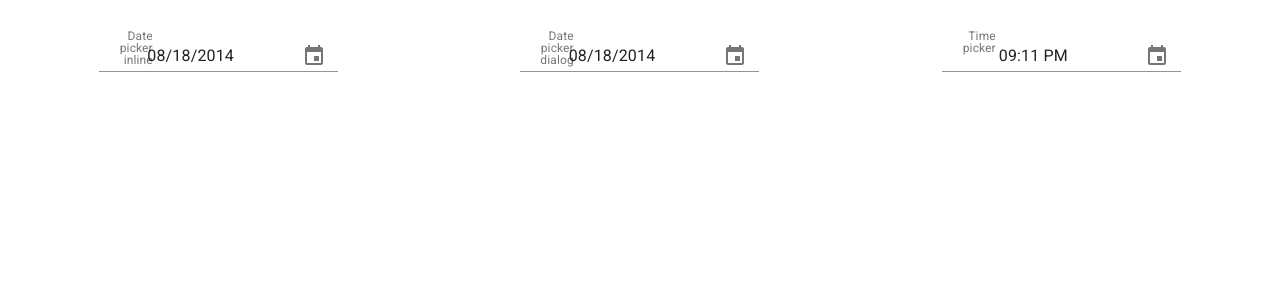
Repository: vsterev/tgs
Page: /admin/material (app in my-app/)
An editor plug-in stored every save of this project. The page is shown before and after the next save, followed by the edit.
The browser window is 1280 px wide. The pictures show the whole page.
The project was rebuilt for these pictures with package versions that can differ from the ones it lists, and the page was loaded fresh each time. Also part of the build but not shown: my-app/src/components/users/login/index.jsx, my-app/src/components/users/register/index.js, my-app/src/components/home.module.css, my-app/src/components/home.js, my-app/src/components/homeAuth/home.module.css, my-app/src/components/homeAuth/index.js, my-app/src/services/reps.js, my-app/src/components/reps/getAll/shared/hotels/index.jsx and 21 more.

Above is the page before, as saved 2021-01-13 12:45:25.

### my-app/public/index.html
<!DOCTYPE html>
<html lang="en">
  <head>
    <meta charset="utf-8" />
    <link rel="icon" href="%PUBLIC_URL%/favicon.ico" />
    <meta name="viewport" content="width=device-width, initial-scale=1" />
    <meta name="theme-color" content="#000000" />
    <meta name="description" content="Web site created using create-react-app" />
    <link rel="apple-touch-icon" href="%PUBLIC_URL%/logo192.png" />
    <!--
      manifest.json provides metadata used when your web app is installed on a
      user's mobile device or desktop. See https://developers.google.com/web/fundamentals/web-app-manifest/
    -->
    <link rel="manifest" href="%PUBLIC_URL%/manifest.json" />
    <!--
      Notice the use of %PUBLIC_URL% in the tags above.
      It will be replaced with the URL of the `public` folder during the build.
      Only files inside the `public` folder can be referenced from the HTML.

      Unlike "/favicon.ico" or "favicon.ico", "%PUBLIC_URL%/favicon.ico" will
      work correctly both with client-side routing and a non-root public URL.
      Learn how to configure a non-root public URL by running `npm run build`.
    -->
    <link rel="stylesheet" href="https://fonts.googleapis.com/css?family=Roboto:300,400,500,700&display=swap" />
    <link rel="stylesheet" href="https://fonts.googleapis.com/icon?family=Material+Icons" />
    <title>React App</title>
  </head>
  <body>
    <noscript>You need to enable JavaScript to run this app.</noscript>
    <div id="root"></div>
    <!--
      This HTML file is a template.
      If you open it directly in the browser, you will see an empty page.

      You can add webfonts, meta tags, or analytics to this file.
      The build step will place the bundled scripts into the <body> tag.

      To begin the development, run `npm start` or `yarn start`.
      To create a production bundle, use `npm run build` or `yarn build`.
    -->
  </body>
</html>

### my-app/src/index.js
import React from 'react';
import ReactDOM from 'react-dom';
// import './index.css';
import * as serviceWorker from './serviceWorker';
import Auth from './utils/auth';
import Navigation from './navigation.jsx';

ReactDOM.render(
  <React.StrictMode>
    {
      <Auth>
        <Navigation />
      </Auth>
    }
  </React.StrictMode>,
  document.getElementById('root')
);

// If you want your app to work offline and load faster, you can change
// unregister() to register() below. Note this comes with some pitfalls.
// Learn more about service workers: https://bit.ly/CRA-PWA
serviceWorker.unregister();

### my-app/src/utils/auth.js
import React, { useState, useEffect } from 'react';
import AuthContext from './context';
import userService from '../services/users';
import parseCookie from './parseCookie';

const Auth = (props) => {
  const [user, setUser] = useState({ user: null });
  const [loggedIn, setLoggedIn] = useState(null);

  const logIn = (user) => {
    setLoggedIn(true);
    setUser(user);
  };

  const logOut = () => {
    document.cookie = 'tgs-token= ; expires = Thu, 01 Jan 1970 00:00:00 GMT; path=/admin';
    setLoggedIn(false);
    setUser({ user: null });
  };

  useEffect(() => {
    const token = parseCookie('tgs-token');
    if (!token) {
      //da se dobawi dali e expired i ako e da se logoutne
      logOut();
      return;
    }
    userService
      .verify(token)
      .then((res) => {
        // console.log(res);
        if (res.status) {
          logIn(res.userData);
          return;
        }
        console.log('tuk e');
        logOut();
        // return;
      })
      .catch((err) => console.log(err));
  }, []);

  if (loggedIn === null) {
    return <div>Loading ...</div>;
  }
  return <AuthContext.Provider value={{ loggedIn, user, logIn, logOut }}>{props.children}</AuthContext.Provider>;
};

export default Auth;

### my-app/src/navigation.jsx
import React, { useContext } from 'react';
import { Switch, BrowserRouter, Route, Redirect } from 'react-router-dom';
import Auth from './utils/auth';
import Login from './components/users/login';
import Register from './components/users/register';
import Home from './components/home';
import HomeAuth from './components/homeAuth';
import AuthContext from './utils/context';
import Logout from './components/users/logout';
import RepsAll from './components/reps/getAll';
import RepAddHotel from './components/reps/add-hotel';
import RepAdd from './components/reps/add-rep';
import EditRep from './components/reps/edit-rep';
import DepartureByDate from './components/contacts/departureByDate';
import HomeContacts from './components/contacts/home/index.jsx';
import ErrorPage from './components/core/error-page';
import PopupMessage from './components/contacts/shared/popup-message';
import ArrivalByDate from './components/contacts/arrivalByDate';
import Material from './components/material';
const Navigation = () => {
  const { loggedIn } = useContext(AuthContext);
  return (
    <BrowserRouter>
      <Switch>
        {/* <AuthContext> */}
        <Route path="/" exact render={!loggedIn ? () => <Home /> : () => <HomeAuth />} />
        <Route path="/admin/login" render={!loggedIn ? () => <Login /> : () => <RepsAll />} />
        <Route path="/admin/reps/all" render={loggedIn ? () => <RepsAll /> : () => <Login />} />
        <Route path="/admin/reps/add-hotel/:repId" render={loggedIn ? () => <RepAddHotel /> : () => <Login />} />
        <Route path="/admin/reps/add-rep" render={loggedIn ? () => <RepAdd /> : () => <Login />} />
        <Route path="/admin/reps/edit-rep/:repId" component={EditRep} />
        <Route path="/admin/material" component={Material} />
        <Route
          path="/admin/bulk-sms/message-info/:messageId"
          render={loggedIn ? () => <PopupMessage /> : () => <Login />}
        />
        <Route path="/admin/register" component={Register} />
        <Route path="/admin/logout" component={Logout} />
        <Route path="/admin" exact render={!loggedIn ? () => <Home /> : () => <HomeAuth />} />
        <Route path="/admin/transfer/departure/:date" component={DepartureByDate} />
        <Route path="/admin/contacts/home/" render={loggedIn ? () => <HomeContacts /> : () => <Login />} />
        <Route path="/admin/contacts/departure/" render={loggedIn ? () => <HomeContacts /> : () => <Login />} />
        <Route path="/admin/contacts/arrival" render={loggedIn ? () => <ArrivalByDate /> : () => <Login />} />
        <Route path="*" render={() => <ErrorPage msg="Page not Found - 404" />} />

        {/* </AuthContext> */}
      </Switch>
    </BrowserRouter>
  );
};
export default Navigation;

### my-app/src/utils/context.jsx
import React from 'react'
const AuthenticationContext = React.createContext({
    loggedIn: false,
    user: null,
    logIn: () => {},
    logOut: () => {}
})
export default AuthenticationContext

### my-app/src/services/users.js
const usersService = {
  login: (data) => {
    return fetch('http://localhost:4000/user/login', {
      body: JSON.stringify(data),
      method: 'POST',
      headers: { 'Content-type': 'application/json' },
    })
      .then((res) => res.json())
      .catch((e) => console.error(e));
  },
  register: (data) => {
    return fetch('http://localhost:4000/user/register', {
      body: JSON.stringify(data),
      method: 'POST',
      headers: { 'Content-type': 'application/json' },
    })
      .then((res) => res.json())
      .catch((e) => console.error(e));
  },
  verify: (token) => {
    return fetch('http://localhost:4000/user/verify', {
      //   body: JSON.stringify(data),
      method: 'GET',
      headers: { 'Content-type': 'application/json', Authorization: token },
    })
      .then((res) => res.json())
      .catch((e) => console.error(e));
  },
};
export default usersService;

### my-app/src/utils/parseCookie.js
const parseCookie = (cookieName) => {
    const allCookies = document.cookie.split('; ').reduce((acc, cookie) => {
        const [cookieName, cookieValue] = cookie.split('=')
        acc[cookieName] = cookieValue
        return acc
    }, {})
    return allCookies[cookieName]
}
export default parseCookie

### my-app/src/components/users/logout/index.jsx
import React, { useContext, useEffect } from 'react';
import AuthContext from '../../../utils/context';
import { useHistory } from 'react-router-dom';
const Logout = () => {
  const { logOut } = useContext(AuthContext);
  const history = useHistory();
  useEffect(() => {
    logOut();
    history.push('/admin/login');
  }, []);
  return null;
};
export default Logout;

### my-app/src/components/material/index.jsx
import React, { useState } from 'react';
import Grid from '@material-ui/core/Grid';
import DateFnsUtils from '@date-io/date-fns';
import { MuiPickersUtilsProvider, KeyboardTimePicker, KeyboardDatePicker } from '@material-ui/pickers';

export default function MaterialUIPickers() {
  // The first commit of Material-UI
  const [selectedDate, setSelectedDate] = useState(new Date('2014-08-18T21:11:54'));

  const handleDateChange = (date) => {
    setSelectedDate(date);
  };

  return (
    <MuiPickersUtilsProvider utils={DateFnsUtils}>
      <Grid container justify="space-around">
        <KeyboardDatePicker
          disableToolbar
          variant="inline"
          format="MM/dd/yyyy"
          margin="normal"
          id="date-picker-inline"
          label="Date picker inline"
          value={selectedDate}
          onChange={handleDateChange}
          KeyboardButtonProps={{
            'aria-label': 'change date',
          }}
        />
        <KeyboardDatePicker
          margin="normal"
          id="date-picker-dialog"
          label="Date picker dialog"
          format="MM/dd/yyyy"
          value={selectedDate}
          onChange={handleDateChange}
          KeyboardButtonProps={{
            'aria-label': 'change date',
          }}
        />
        <KeyboardTimePicker
          margin="normal"
          id="time-picker"
          label="Time picker"
          value={selectedDate}
          onChange={handleDateChange}
          KeyboardButtonProps={{
            'aria-label': 'change time',
          }}
        />
      </Grid>
    </MuiPickersUtilsProvider>
  );
}

### my-app/src/components/users/login/user.module.css
div.login {
  /* display: block; */
  width: 700px;
  margin: 20px auto;
}
/* form {
  display: inline-block;
  margin: 40px auto;
} */
input,
label {
  display: inline-block;
  height: 25px;
  /* text-align: left; */
  margin-top: 5px;
  text-align: center;
}
input {
  width: 50%;
}
label {
  width: 30%;
  text-align: right;
  margin-right: 20px;
}
/* button {
  position: relative;
  left: 260px;
  background: rgb(54, 187, 54);
  border-radius: 4px;
  padding: 10px 20px;
  color: white;
  margin-top: 15px;
  width: 35%;
  text-align: center;
}
button:hover {
  cursor: pointer;
  background: rgb(110, 233, 110);
  color: black;
}
button:disabled {
  background: rgb(148, 158, 148);
  color: grey;
  cursor: auto;
} */

### my-app/src/components/core/error-page/index.jsx
import React from 'react';
import styles from './error-page.module.css';
const ErrorPage = ({ msg }) => {
  return (
    <div>
      <h1>Error Page</h1>
      <div>{msg}</div>
    </div>
  );
};
export default ErrorPage;

Loaded but not shown: my-app/src/serviceWorker.js (common file); my-app/src/components/core/error-page/error-page.module.css (no stored copy; drawn as an empty file)

After the next save:
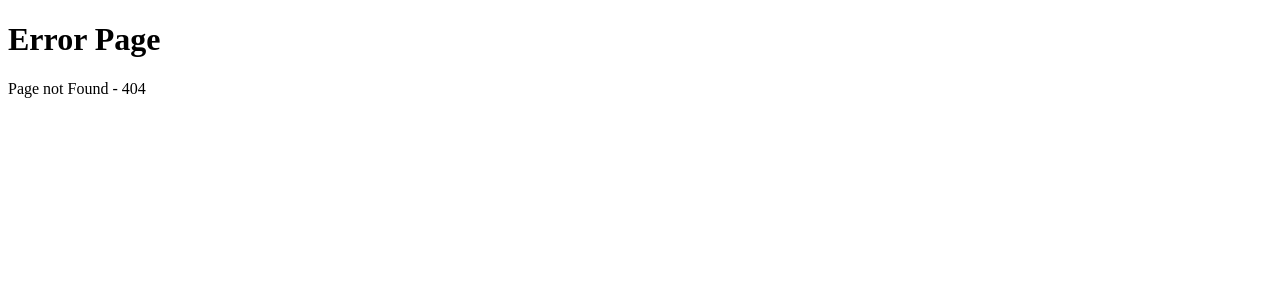
Saved 11 min 16 s later.
--- a/my-app/src/navigation.jsx
+++ b/my-app/src/navigation.jsx
@@ -16,7 +16,7 @@
 import ErrorPage from './components/core/error-page';
 import PopupMessage from './components/contacts/shared/popup-message';
 import ArrivalByDate from './components/contacts/arrivalByDate';
-import Material from './components/material';
+// import Material from './components/material';
 const Navigation = () => {
   const { loggedIn } = useContext(AuthContext);
   return (
@@ -29,7 +29,7 @@
         <Route path="/admin/reps/add-hotel/:repId" render={loggedIn ? () => <RepAddHotel /> : () => <Login />} />
         <Route path="/admin/reps/add-rep" render={loggedIn ? () => <RepAdd /> : () => <Login />} />
         <Route path="/admin/reps/edit-rep/:repId" component={EditRep} />
-        <Route path="/admin/material" component={Material} />
+        {/* <Route path="/admin/material" component={Material} /> */}
         <Route
           path="/admin/bulk-sms/message-info/:messageId"
           render={loggedIn ? () => <PopupMessage /> : () => <Login />}

After the save that followed:
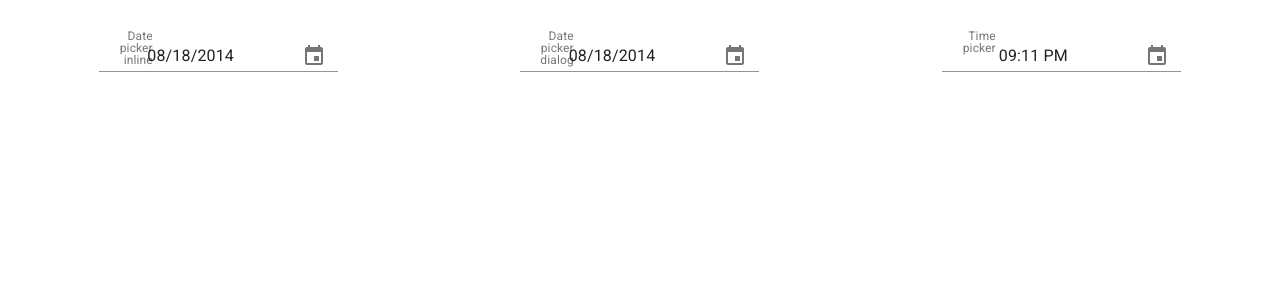
Saved 70 s later.
--- a/my-app/src/navigation.jsx
+++ b/my-app/src/navigation.jsx
@@ -16,7 +16,7 @@
 import ErrorPage from './components/core/error-page';
 import PopupMessage from './components/contacts/shared/popup-message';
 import ArrivalByDate from './components/contacts/arrivalByDate';
-// import Material from './components/material';
+import Material from './components/material';
 const Navigation = () => {
   const { loggedIn } = useContext(AuthContext);
   return (
@@ -29,7 +29,7 @@
         <Route path="/admin/reps/add-hotel/:repId" render={loggedIn ? () => <RepAddHotel /> : () => <Login />} />
         <Route path="/admin/reps/add-rep" render={loggedIn ? () => <RepAdd /> : () => <Login />} />
         <Route path="/admin/reps/edit-rep/:repId" component={EditRep} />
-        {/* <Route path="/admin/material" component={Material} /> */}
+        <Route path="/admin/material" component={Material} />
         <Route
           path="/admin/bulk-sms/message-info/:messageId"
           render={loggedIn ? () => <PopupMessage /> : () => <Login />}
